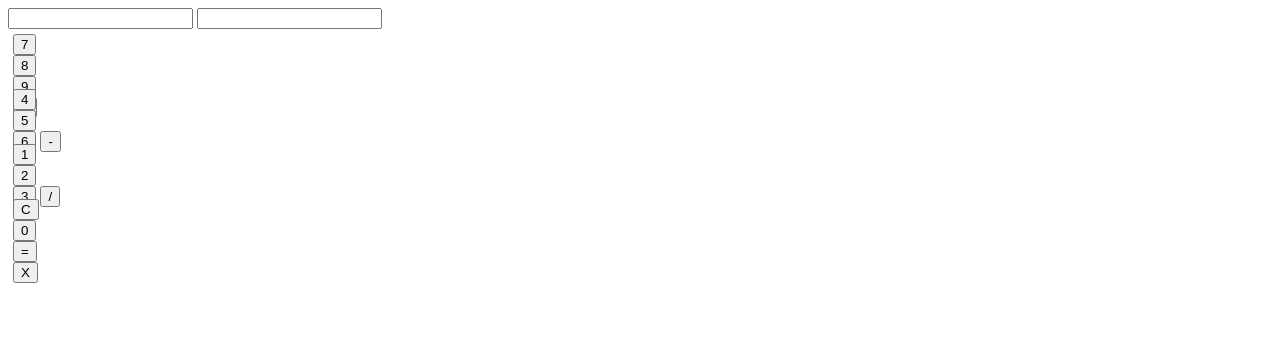
Repository: jun01270/calculator
Page: caculator.html
These files come from the project's save history. The page is drawn as it stood at one moment and after the next save; the edit follows.
The browser window is 1280 px wide. The pictures show the whole page.

Above is the page before, as saved 2023-07-31 19:31:43.

After the next save:
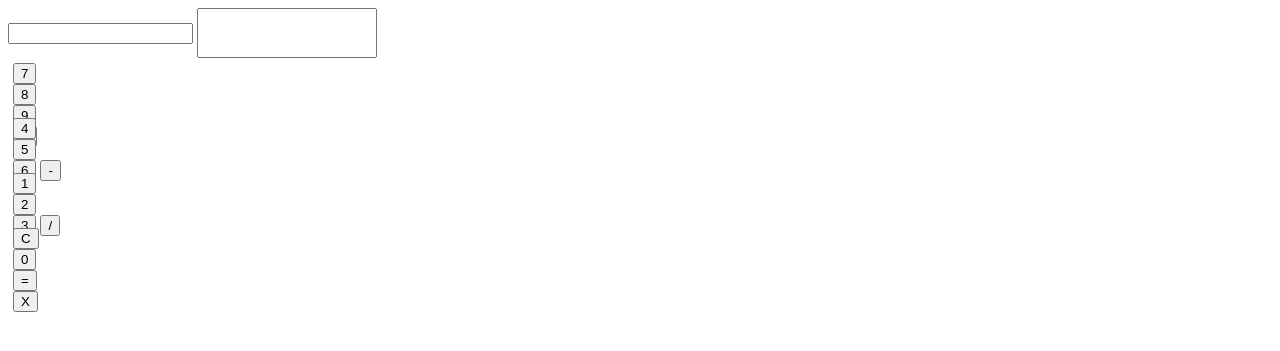
Saved 2 min 31 s later.
--- a/index.css
+++ b/index.css
@@ -1,5 +1,10 @@
 * {
   box-sizing: border-box;
+}
+
+#result {
+  width: 180px;
+  height: 50px;
 }
 
 .row {
